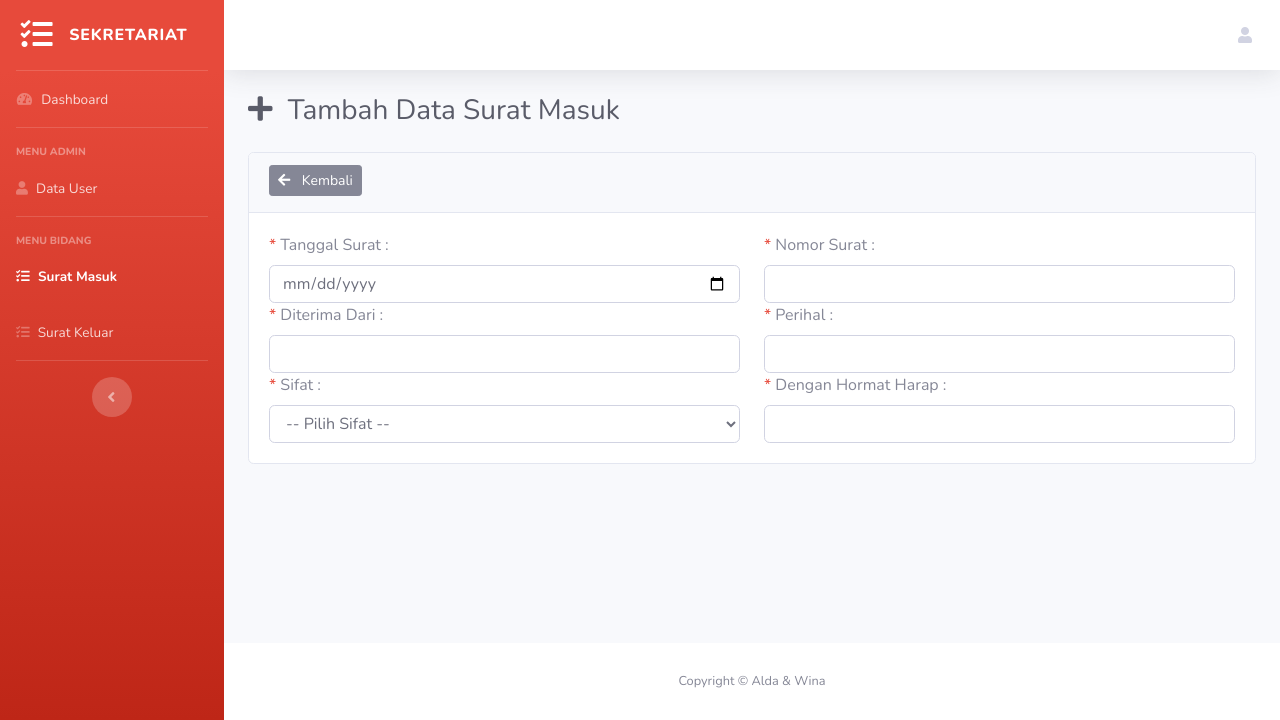
Repository: aldasamrotulfuadah/projek-PKL
Page: http://localhost/suratmasuk/create
These files come from the project's save history. The page is drawn as it stood at one moment and after the next save; the edit follows.
The browser window is 1280 px wide. The pictures show the whole page.
The page is served by the project's Laravel application, run on PHP 8.4 with Laravel 12. A made-up administrator, Test User (test@example.com), is signed in. Other server files are loaded and not shown.

Above is the page before, as saved 2026-03-12 11:17:37.

### routes/web.php
<?php

use App\Http\Controllers\AuthController;
use App\Http\Controllers\DashboardController;
use App\Http\Controllers\SuratKeluarController;
use App\Http\Controllers\SuratMasukController;
use App\Http\Controllers\UserController;
use Illuminate\Support\Facades\Route;




Route::get('/', function () {
    return view('welcome');
})->name('welcome');

// Login
Route::get('/login', [AuthController::class, 'login'])->name('login');
Route::post('/login', [AuthController::class, 'loginProses'])->name('loginProses');

//user
Route::get('/user', [UserController::class, 'user'])->name('user');
Route::get('/user/create', [UserController::class, 'create'])->name('userCreate');
Route::post('/user/store', [UserController::class, 'store'])->name('userStore');
Route::get('/user/edit/{id}', [UserController::class, 'edit'])->name('userEdit');
Route::post('/user/update/{id}', [UserController::class, 'update'])->name('userUpdate');
Route::delete('/user/destroy/{id}', [UserController::class, 'destroy'])->name('userDestroy');

// Logout
Route::get('/logout', [AuthController::class, 'logout'])->name('logout');

Route::middleware('checkLogin')->group(function(){
    // Dashboard
    Route::get('/dashboard', [DashboardController::class, 'index'])->name('dashboard');
    // Surat Masuk
    Route::get('/suratmasuk', [SuratMasukController::class, 'index'])->name('suratmasuk');
    Route::get('/suratmasuk/create', [SuratMasukController::class, 'create'])->name('suratmasukCreate');


    // Surat Keluar
    Route::get('/suratkeluar', [SuratKeluarController::class, 'index'])->name('suratkeluar');

});

### app/Models/User.php
<?php

namespace App\Models;

// use Illuminate\Contracts\Auth\MustVerifyEmail;
use Illuminate\Database\Eloquent\Factories\HasFactory;
use Illuminate\Foundation\Auth\User as Authenticatable;
use Illuminate\Notifications\Notifiable;

class User extends Authenticatable
{
    use HasFactory, Notifiable;

    /**
     * The attributes that are mass assignable.
     *
     * @var array<int, string>
     */
    protected $fillable = [
        'nama',
        'email',
        'Jabatan',
        'is_tugas',
        'password',
    ];

    /**
     * The attributes that should be hidden for serialization.
     *
     * @var array<int, string>
     */
    protected $hidden = [
        'password',
        'remember_token',
    ];

    /**
     * Get the attributes that should be cast.
     *
     * @return array<string, string>
     */
    protected function casts(): array
    {
        return [
            'email_verified_at' => 'datetime',
            'password' => 'hashed',
        ];
    }
}

### app/Http/Controllers/SuratMasukController.php
<?php

namespace App\Http\Controllers;

use App\Models\SuratMasuk;
use Illuminate\Http\Request;

class SuratMasukController extends Controller
{
    public function index(){
        $data = array(
            'title'   => 'Data Surat Masuk',
            'menuSuratMasuk'   => 'active',
            'suratmasuk'   => suratmasuk::get(),
        );
        return view('suratm/suratmasuk',$data);
    }

    public function create(){
        $data = array(
            'title'   => 'Tambah Data Surat Masuk',
            'menuSuratMasuk'   => 'active',
        );
        return view('suratm/create',$data);
    }

}

### resources/views/suratm/create.blade.php
@extends('layouts/app')

@section('content')

    <h1 class="h3 mb-4 text-gray-800">
        <i class="fas fa-plus mr-2"></i>
       {{ $title }}
    </h1>


    <div class="card">
        <div class="card-header d-flex flex-wrap justify-content-center justify-content-xl-between">
            <div class="mb-1 mr-2">
                <a href="{{ route('suratmasuk') }}" class="btn btn-sm btn-secondary">
                    <i class="fas fa-arrow-left mr-2"></i>
                Kembali
                </a>
            </div>
        </div>
        <div class="card-body">
            <div class="row">
                <div class="col-6">
                    <label class="form-label">
                        <span class="text-danger">*</span>
                        Tanggal Surat :
                    </label>
                    <input type="date" name="tanggal" class="form-control">
                </div>
                <div class="col-6">
                    <label class="form-label">
                        <span class="text-danger">*</span>
                        Nomor Surat :
                    </label>
                    <input type="text" name="nomor" class="form-control">
                </div>
            </div>
            <div class="row" mb-2>
                <div class="col-6">
                    <label class="form-label">
                        <span class="text-danger">*</span>
                        Diterima Dari :
                    </label>
                    <input type="text" name="diterima_dari" class="form-control">
                </div>
                <div class="col-6">
                    <label class="form-label">
                        <span class="text-danger">*</span>
                        Perihal :
                    </label>
                    <input type="text" name="perihal" class="form-control">
                </div>
            </div>
            <div class="row" mb-2>
                <div class="col-6">
                    <label class="form-label">
                        <span class="text-danger">*</span>
                        Sifat :
                    </label>
                    <select name="sifat" class="form-control">
                        <option selected>-- Pilih Sifat --</option>
                        <option value="Sangat_Segera">Sangat Segera</option>
                        <option value="Segera">Segera</option>
                        <option value="Rahasia">Rahasia</option>
                  </select>
                </div>
                <div class="col-6">
                    <label class="form-label">
                        <span class="text-danger">*</span>
                        Dengan Hormat Harap :
                    </label>
                    <input type="text" name="perihal" class="form-control">
                </div>
            </div>
        </div>
    </div>



@endsection

### resources/views/layouts/app.blade.php
@include('layouts/header')

<body id="page-top">

    <!-- Page Wrapper -->
    <div id="wrapper">

@include('layouts/sidebar')

        <!-- Content Wrapper -->
        <div id="content-wrapper" class="d-flex flex-column">

            <!-- Main Content -->
            <div id="content">

                <!-- Topbar -->
                <nav class="navbar navbar-expand navbar-light bg-white topbar mb-4 static-top shadow">

                    <!-- Sidebar Toggle (Topbar) -->
                    <button id="sidebarToggleTop" class="btn btn-link d-md-none rounded-circle mr-3">
                        <i class="fa fa-bars"></i>
                    </button>

                    <!-- Topbar Navbar -->
                    <ul class="navbar-nav ml-auto">

                        <!-- Nav Item - User Information -->
                        <li class="nav-item dropdown no-arrow">
                            <a class="nav-link dropdown-toggle" href="#" id="userDropdown" role="button"
                                data-toggle="dropdown" aria-haspopup="true" aria-expanded="false">
                                <span class="mr-2 d-none d-lg-inline text-gray-600 small">
                                    {{ auth()->user()->nama }}
                                </span>
                                <i class="fas fa-user"></i>
                            </a>
                            <!-- Dropdown - User Information -->
                            <div class="dropdown-menu dropdown-menu-right shadow animated--grow-in"
                                aria-labelledby="userDropdown">
                                <a class="dropdown-item" href="#">
                                    <div class="badge badge-secondary justify-content-center d-flex">
                                         {{ auth()->user()->Jabatan }}
                                    </div>
                                </a>
                                <a class="dropdown-item" href="#">
                                    <i class="fas fa-cogs fa-sm fa-fw mr-2 text-gray-400"></i>
                                    Pengaturan
                                </a>
                                <div class="dropdown-divider"></div>
                                <a class="dropdown-item" href="{{ route('logout') }}">
                                    <i class="fas fa-sign-out-alt fa-sm fa-fw mr-2 text-gray-400"></i>
                                    Logout
                                </a>
                            </div>
                        </li>

                    </ul>

                </nav>
                <!-- End of Topbar -->

                <!-- Begin Page Content -->
                <div class="container-fluid">

                    @yield('content')

                </div>
                <!-- /.container-fluid -->

            </div>
            <!-- End of Main Content -->

            <!-- Footer -->
            <footer class="sticky-footer bg-white">
                <div class="container my-auto">
                    <div class="copyright text-center my-auto">
                        <span>Copyright &copy; Alda & Wina</span>
                    </div>
                </div>
            </footer>
            <!-- End of Footer -->

        </div>
        <!-- End of Content Wrapper -->

    </div>
    <!-- End of Page Wrapper -->

    <!-- Scroll to Top Button-->
    <a class="scroll-to-top rounded" href="#page-top">
        <i class="fas fa-angle-up"></i>
    </a>

    <!-- Logout Modal-->
    <div class="modal fade" id="logoutModal" tabindex="-1" role="dialog" aria-labelledby="exampleModalLabel"
        aria-hidden="true">
        <div class="modal-dialog" role="document">
            <div class="modal-content">
                <div class="modal-header">
                    <h5 class="modal-title" id="exampleModalLabel">Ready to Leave?</h5>
                    <button class="close" type="button" data-dismiss="modal" aria-label="Close">
                        <span aria-hidden="true">×</span>
                    </button>
                </div>
                <div class="modal-body">Select "Logout" below if you are ready to end your current session.</div>
                <div class="modal-footer">
                    <button class="btn btn-secondary" type="button" data-dismiss="modal">Cancel</button>
                    <a class="btn btn-primary" href="login.html">Logout</a>
                </div>
            </div>
        </div>
    </div>

@include('layouts/footer')

### resources/views/layouts/header.blade.php
<!DOCTYPE html>
<html lang="en">

<head>

    <meta charset="utf-8">
    <meta http-equiv="X-UA-Compatible" content="IE=edge">
    <meta name="viewport" content="width=device-width, initial-scale=1, shrink-to-fit=no">
    <meta name="description" content="">
    <meta name="author" content="">

    <title>Masuk.in | Dashboard {{ $title }}</title>

    <!-- Custom fonts for this template-->
    <link href="{{ asset('sbadmin2/vendor/fontawesome-free/css/all.min.css') }}" rel="stylesheet" type="text/css">
    <link href="https://fonts.googleapis.com/css?family=Nunito:200,200i,300,300i,400,400i,600,600i,700,700i,800,800i,900,900i"
        rel="stylesheet">

    <!-- Custom styles for this template-->
    <link href="{{ asset('sbadmin2/css/sb-admin-2.min.css') }}" rel="stylesheet">
     <link href="{{ asset('sbadmin2/vendor/datatables/dataTables.bootstrap4.min.css') }}" rel="stylesheet">

</head>

### resources/views/layouts/sidebar.blade.php
        <!-- Sidebar -->
        <ul class="navbar-nav bg-gradient-danger sidebar sidebar-dark accordion" id="accordionSidebar">

            <!-- Sidebar - Brand -->
            <a class="sidebar-brand d-flex align-items-center justify-content-center" href="index.html">
                <div class="sidebar-brand-icon">
                    <i class="fas fa-tasks"></i>
                </div>
                <div class="sidebar-brand-text mx-3">Sekretariat</div>
            </a>

            <!-- Divider -->
            <hr class="sidebar-divider my-0">

            <!-- Nav Item - Dashboard -->
            <li class="nav-item {{ $menuDashboard ?? '' }}">
                <a class="nav-link" href="{{ route('dashboard') }}">
                    <i class="fas fa-fw fa-tachometer-alt"></i>
                    <span>Dashboard</span></a>
            </li>

            <!-- Divider -->
            <hr class="sidebar-divider">

            <!-- Heading -->
            <div class="sidebar-heading">
                Menu Admin
            </div>

            <!-- Nav Item - Charts -->
            <li class="nav-item {{ $menuAdminUser ?? '' }}">
                <a class="nav-link" href="{{ route('user') }}">
                    <i class="fas fa-user"></i>
                    <span>Data User</span></a>

                    <!-- Divider -->
                    <hr class="sidebar-divider">

                <div class="sidebar-heading">
                    Menu Bidang
                </div>
                <!-- Nav Item - Charts -->
                <li class="nav-item {{ $menuSuratMasuk ?? '' }}">
                    <a class="nav-link" href="{{ route('suratmasuk') }}">
                        <i class="fas fa-tasks"></i>
                        <span>Surat Masuk</span></a>
                </li>

                <!-- Nav Item - Tables -->
                <li class="nav-item {{ $menuSuratKeluar ?? '' }}">
                    <a class="nav-link" href="{{ route('suratkeluar') }}">
                        <i class="fas fa-tasks"></i>
                        <span>Surat Keluar</span></a>
                </li>

                <!-- Divider -->
                <hr class="sidebar-divider d-none d-md-block">

                <!-- Sidebar Toggler (Sidebar) -->
                <div class="text-center d-none d-md-inline">
                    <button class="rounded-circle border-0" id="sidebarToggle"></button>
                </div>
            </ul>
        <!-- End of Sidebar -->

### resources/views/layouts/footer.blade.php
<script src="{{ asset('sbadmin2/vendor/jquery/jquery.min.js') }}"></script>
    <script src="{{ asset('sbadmin2/vendor/bootstrap/js/bootstrap.bundle.min.js') }}"></script>
    <script src="{{ asset('sbadmin2/vendor/jquery-easing/jquery.easing.min.js') }}"></script>
    <script src="{{ asset('sbadmin2/js/sb-admin-2.min.js') }}"></script>

    <script src="{{ asset('sbadmin2/vendor/datatables/jquery.dataTables.min.js') }}"></script>
    <script src="{{ asset('sbadmin2/vendor/datatables/dataTables.bootstrap4.min.js') }}"></script>
    <script src="{{ asset('sbadmin2/js/demo/datatables-demo.js') }}"></script>
    <script src="{{ asset('sweetalert2/dist/sweetalert2.all.min.js') }}"></script>

     @session('success')
        <script>
        Swal.fire({
            title: "Sukses",
            text: "{{ session('success') }}",
            icon: "success"
        });
    </script>
    @endsession

    @session('error')
        <script>
        Swal.fire({
            title: "Gagal",
            text: "{{ session('error') }}",
            icon: "gagal"
        });
    </script>
    @endsession


</body>

</html>

Loaded but not shown: app/Http/Controllers/Controller.php (common file); public/sbadmin2/css/sb-admin-2.min.css (library); public/sbadmin2/js/sb-admin-2.min.js (common file); public/sbadmin2/js/demo/datatables-demo.js (common file); public/sweetalert2/dist/sweetalert2.all.min.js (library)

After the next save:
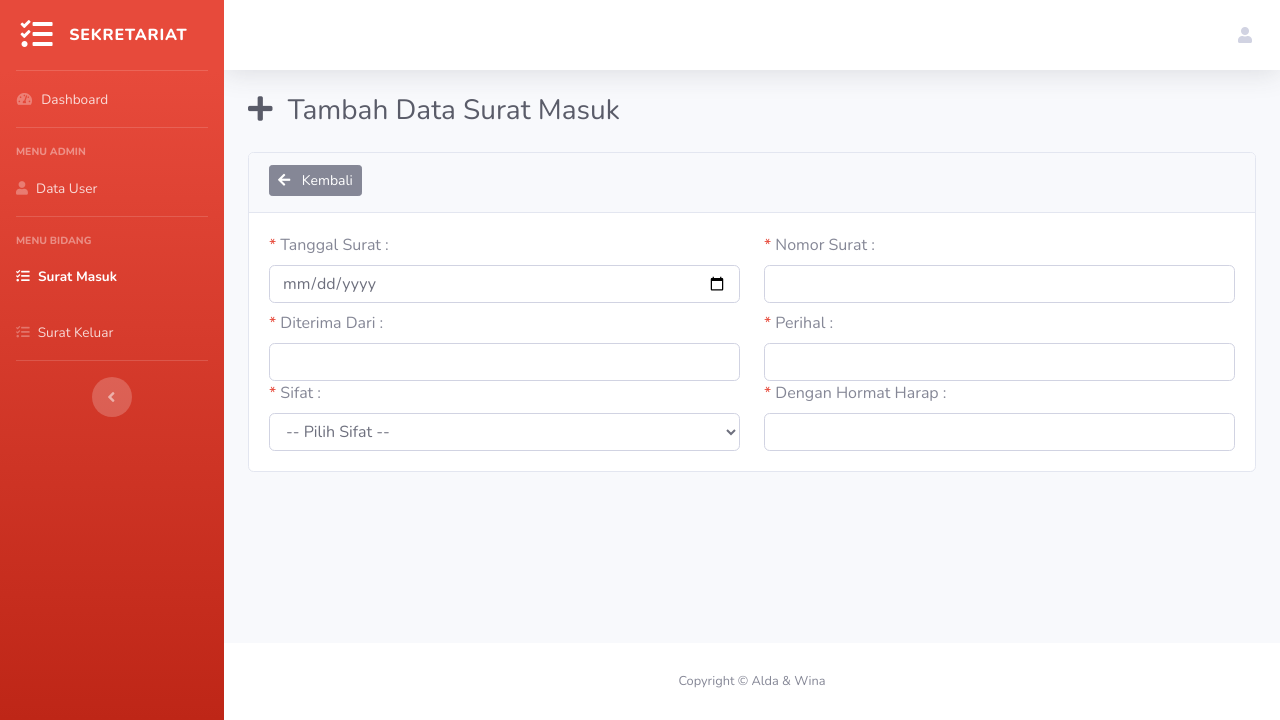
Saved 4 s later.
--- a/resources/views/suratm/create.blade.php
+++ b/resources/views/suratm/create.blade.php
@@ -18,7 +18,7 @@
             </div>
         </div>
         <div class="card-body">
-            <div class="row">
+            <div class="row mb-2">
                 <div class="col-6">
                     <label class="form-label">
                         <span class="text-danger">*</span>
